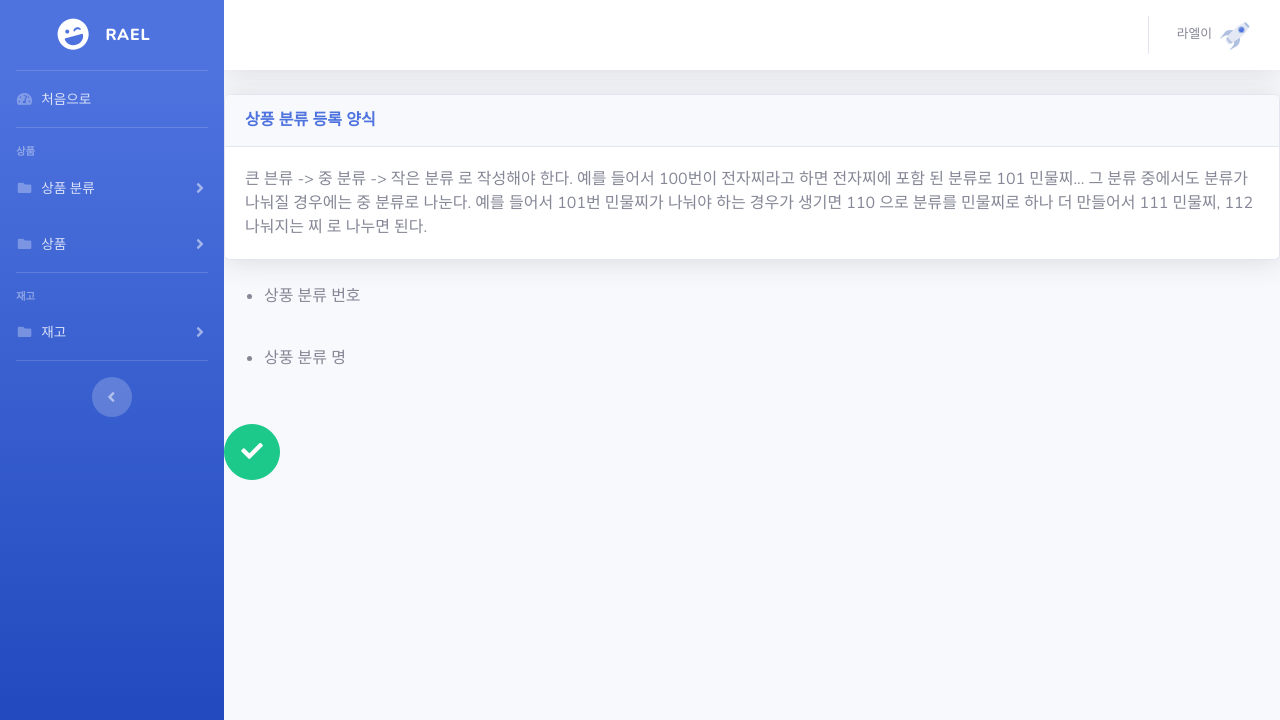
Repository: sww232/springRaelProject
Page: http://localhost/rael/WEB-INF/views/product/category_insert.jsp
An editor plug-in stored every save of this project. The page is shown before and after the next save, followed by the edit.
The browser window is 1280 px wide. The pictures show the whole page.
The page is served by Tomcat 9. Nobody is signed in. Other server files are loaded and not shown. The template is opened directly, without the code that normally fills it, so the values that code supplies are empty.

Above is the page before, as saved 2022-10-06 18:36:01.

### raelproject3/rael/src/main/webapp/WEB-INF/views/product/category_insert.jsp
<%@ page language="java" contentType="text/html; charset=UTF-8" pageEncoding="UTF-8"%>
<%@ taglib uri="http://java.sun.com/jsp/jstl/core" prefix="c" %>
<%@ taglib prefix="sql" uri="http://java.sun.com/jsp/jstl/sql" %>
<%@ taglib prefix="fmt" uri="http://java.sun.com/jsp/jstl/fmt" %>
<!DOCTYPE html>
<html>
<head>
	    <meta name="viewport" content="width=device-width, initial-scale=1, shrink-to-fit=no">
	    <meta name="description" content="">
	    <meta name="author" content="">
	    <meta charset="UTF-8">
			<title>메인</title>

		<link href="/vendor/fontawesome-free/css/all.min.css" rel="stylesheet" type="text/css">
	    <link
	        href="https://fonts.googleapis.com/css?family=Nunito:200,200i,300,300i,400,400i,600,600i,700,700i,800,800i,900,900i"
	        rel="stylesheet">

	    <!-- Custom styles for this template -->
	    <link href="/css/sb-admin-2.min.css" rel="stylesheet">
	    <script src="/vendor/jquery/jquery.min.js"></script>
	    <script src="/vendor/bootstrap/js/bootstrap.bundle.min.js"></script>

	    <!-- Core plugin JavaScript-->
	    <script src="/vendor/jquery-easing/jquery.easing.min.js"></script>

	    <!-- Custom scripts for all pages-->
	    <script src="/js/sb-admin-2.min.js"></script>

	    <!-- Page level plugins -->
	    <script src="/vendor/datatables/jquery.dataTables.min.js"></script>
	    <script src="/vendor/datatables/dataTables.bootstrap4.min.js"></script>

	    <!-- Page level custom scripts -->
	    <script src="/js/demo/datatables-demo.js"></script>

	    <!-- Custom styles for this page -->
	    <link href="/vendor/datatables/dataTables.bootstrap4.min.css" rel="stylesheet">

	</head>
	<body id="page-top">
	<form>
		<div class="modal fade" id="moaModal1" tabindex="-1" role="dialog" aria-labelledby="exampleModalLabel" aria-hidden="true">

			<div class="modal-dialog" role="document">
				<div class="modal-content">
					<div class="modal-header">
						<h5 class="modal-title" id="exampleModalLabel">상품 등록을 위한 카테고리 선택</h5>
						<button class="close" type="button" data-dismiss="modal" aria-label="Close">
							<span aria-hidden="true">x</span>
						</button>
						</div>
						<div class="modal-body">
							<select name="categoryBox1" id="categoryBox1">
								<option value="defaultValue" selected></option>
								<c:forEach var="list" items="${categorynums}">
									<option value="${list}">
										${list}
									</option>
								</c:forEach>
							</select>
						</div>
					<div class="modal-footer">
						<button class="btn btn-primary" type="button" data-dismiss="modal">Cancel</button>
						<button class="btn btn-primary" type="submit" formaction="/product/product_insert">Choice</button>
					</div>
				</div>
			</div>
		</div>
		<div class="modal fade" id="moaModal2" tabindex="-1" role="dialog" aria-labelledby="exampleModalLabel" aria-hidden="true">

			<div class="modal-dialog" role="document">
				<div class="modal-content">
					<div class="modal-header">
						<h5 class="modal-title" id="exampleModalLabel">상품 추가 등록을 위한 카테고리 선택</h5>
						<button class="close" type="button" data-dismiss="modal" aria-label="Close">
							<span aria-hidden="true">x</span>
						</button>
						</div>
						<div class="modal-body">
							<select name="categoryBox2" id="categoryBox2">
								<option value="defaultValue" selected></option>
								<c:forEach var="list" items="${categorynums}">
									<option value="${list}">
										${list}
									</option>
								</c:forEach>
							</select>
						</div>
					<div class="modal-footer">
						<button class="btn btn-primary" type="button" data-dismiss="modal">Cancel</button>
						<button class="btn btn-primary" type="submit" formaction="/product/product_insert_detail">Choice</button>
					</div>
				</div>
			</div>
		</div>
		<div class="modal fade" id="moaModal3" tabindex="-1" role="dialog" aria-labelledby="exampleModalLabel" aria-hidden="true">

			<div class="modal-dialog" role="document">
				<div class="modal-content">
					<div class="modal-header">
						<h5 class="modal-title" id="exampleModalLabel">상품명/상세정보 수정을 위한 카테고리 선택</h5>
						<button class="close" type="button" data-dismiss="modal" aria-label="Close">
							<span aria-hidden="true">x</span>
						</button>
						</div>
						<div class="modal-body">
							<select name="categoryBox3" id="categoryBox3">
								<option value="defaultValue" selected></option>
								<c:forEach var="list" items="${categorynums}">
									<option value="${list}">
										${list}
									</option>
								</c:forEach>
							</select>
						</div>
					<div class="modal-footer">
						<button class="btn btn-primary" type="button" data-dismiss="modal">Cancel</button>
						<button class="btn btn-primary" type="submit" formaction="/product/product_update">Choice</button>
					</div>
				</div>
			</div>
		</div>
	</form>
	<div id="wrapper">
		 <ul class="navbar-nav bg-gradient-primary sidebar sidebar-dark accordion" id="accordionSidebar">

            <!-- Sidebar - Brand -->
            <a class="sidebar-brand d-flex align-items-center justify-content-center" href="/">
                <div class="sidebar-brand-icon rotate-n-15">
                    <i class="fas fa-laugh-wink"></i>
                </div>
                <div class="sidebar-brand-text mx-3">RAEL</div>
            </a>

            <!-- Divider -->
            <hr class="sidebar-divider my-0">

            <!-- Nav Item - Dashboard -->
            <li class="nav-item">
                <a class="nav-link" href="/">
                    <i class="fas fa-fw fa-tachometer-alt"></i>
                    <span>처음으로</span></a>
            </li>

            <!-- Divider -->
            <hr class="sidebar-divider">

            <!-- Heading -->
            <div class="sidebar-heading">
                상품
            </div>

            <!-- Nav Item - Pages Collapse Menu -->
            <li class="nav-item">
                <a class="nav-link collapsed" href="#" data-toggle="collapse" data-target="#collapseTwo"
                    aria-expanded="true" aria-controls="collapseTwo">
                    <i class="fas fa-fw fa-folder"></i>
                    <span>상품 분류</span>
                </a>
                <div id="collapseTwo" class="collapse" aria-labelledby="headingTwo" data-parent="#accordionSidebar">
                    <div class="bg-white py-2 collapse-inner rounded">
                        <h6 class="collapse-header">상풍 분류 탭</h6>
                        <a class="collapse-item" href="/product/category_select?page=1&recordSize=10&pageSize=10">상품 분류 조회</a>
                        <a class="collapse-item" href="/product/category_insert?insertresult=0">상품 분류 등록</a>
                        <a class="collapse-item" href="/product/category_update">상품 분류 수정</a>
                    </div>
                </div>
            </li>

            <!-- Nav Item - Utilities Collapse Menu -->
            <li class="nav-item">
                <a class="nav-link collapsed" href="#" data-toggle="collapse" data-target="#collapseUtilities"
                    aria-expanded="true" aria-controls="collapseUtilities">
                    <i class="fas fa-fw fa-folder"></i>
                    <span>상품</span>
                </a>
                <div id="collapseUtilities" class="collapse" aria-labelledby="headingUtilities"
                    data-parent="#accordionSidebar">
                    <div class="bg-white py-2 collapse-inner rounded">
                        <h6 class="collapse-header">상품 탭</h6>
                        <a class="collapse-item" href="/product/all_select?page=1&recordSize=10&pageSize=10">상품 조회</a>
                        <a class="collapse-item" href="#" data-toggle="modal" data-target="#moaModal1">
							<i class="fas fa-arrow-right"></i>상품 등록
						</a>
						<a class="collapse-item" href="#" data-toggle="modal" data-target="#moaModal2">
							<i class="fas fa-arrow-right"></i>상품 추가 등록
						</a>
						<a class="collapse-item" href="#" data-toggle="modal" data-target="#moaModal3">
							<i class="fas fa-arrow-right"></i>상품명/상세정보 수정
						</a>
                    </div>
                </div>
            </li>

            <!-- Divider -->
            <hr class="sidebar-divider">

            <!-- Heading -->
            <div class="sidebar-heading">
                재고
            </div>

            <!-- Nav Item - Pages Collapse Menu -->
            <li class="nav-item">
                <a class="nav-link collapsed" href="#" data-toggle="collapse" data-target="#collapsePages"
                    aria-expanded="true" aria-controls="collapsePages">
                    <i class="fas fa-fw fa-folder"></i>
                    <span>재고</span>
                </a>
                <div id="collapsePages" class="collapse" aria-labelledby="headingPages" data-parent="#accordionSidebar">
                    <div class="bg-white py-2 collapse-inner rounded">
                        <h6 class="collapse-header">재고</h6>
                        <a class="collapse-item" href="/stock/stock_select?page=1&recordSize=10&pageSize=10">재고 조회 및 입/출고</a>
                        <div class="collapse-divider"></div>
                        <h6 class="collapse-header">재고 입/출고</h6>
                        <a class="collapse-item" href="/stock/stock_history?page=1&recordSize=10&pageSize=10">내역</a>
                        <a class="collapse-item" href="/stock/stock_history_cancel?page=1&recordSize=10&pageSize=10">취소</a>
                    </div>
                </div>
            </li>

            <!-- Divider -->
            <hr class="sidebar-divider d-none d-md-block">

            <!-- Sidebar Toggler (Sidebar) -->
            <div class="text-center d-none d-md-inline">
                <button class="rounded-circle border-0" id="sidebarToggle"></button>
            </div>

        </ul>

        <!-- End of Sidebar -->

        <!-- Content Wrapper -->
        <div id="content-wrapper" class="d-flex flex-column">

            <!-- Main Content -->
            <div id="content">

                <!-- Topbar -->
                <nav class="navbar navbar-expand navbar-light bg-white topbar mb-4 static-top shadow">

                    <!-- Sidebar Toggle (Topbar) -->
                    <form class="form-inline">
                        <button id="sidebarToggleTop" class="btn btn-link d-md-none rounded-circle mr-3">
                            <i class="fa fa-bars"></i>
                        </button>
                    </form>

                    <!-- Topbar Search
                    <form
                        class="d-none d-sm-inline-block form-inline mr-auto ml-md-3 my-2 my-md-0 mw-100 navbar-search">
                        <div class="input-group">
                            <input type="text" class="form-control bg-light border-0 small" placeholder="Search for..."
                                aria-label="Search" aria-describedby="basic-addon2">
                            <div class="input-group-append">
                                <button class="btn btn-primary" type="button">
                                    <i class="fas fa-search fa-sm"></i>
                                </button>
                            </div>
                        </div>
                    </form>
					-->
                    <!-- Topbar Navbar -->
                    <ul class="navbar-nav ml-auto">

                        <!-- Nav Item - Search Dropdown (Visible Only XS) -->
                        <li class="nav-item dropdown no-arrow d-sm-none">
                            <a class="nav-link dropdown-toggle" href="#" id="searchDropdown" role="button"
                                data-toggle="dropdown" aria-haspopup="true" aria-expanded="false">
                                <i class="fas fa-search fa-fw"></i>
                            </a>
                            <!-- Dropdown - Messages -->
                            <div class="dropdown-menu dropdown-menu-right p-3 shadow animated--grow-in"
                                aria-labelledby="searchDropdown">
                                <form class="form-inline mr-auto w-100 navbar-search">
                                    <div class="input-group">
                                        <input type="text" class="form-control bg-light border-0 small"
                                            placeholder="Search for..." aria-label="Search"
                                            aria-describedby="basic-addon2">
                                        <div class="input-group-append">
                                            <button class="btn btn-primary" type="button">
                                                <i class="fas fa-search fa-sm"></i>
                                            </button>
                                        </div>
                                    </div>
                                </form>
                            </div>
                        </li>
                        <div class="topbar-divider d-none d-sm-block"></div>

                        <!-- Nav Item - User Information -->
                        <li class="nav-item dropdown no-arrow">
                            <a class="nav-link dropdown-toggle" href="#" id="userDropdown" role="button"
                                data-toggle="dropdown" aria-haspopup="true" aria-expanded="false">
                                <span class="mr-2 d-none d-lg-inline text-gray-600 small">라엘이</span>
                                <img class="img-profile rounded-circle"
                                    src="img/undraw_rocket.svg">
                            </a>
                            <!-- Dropdown - User Information -->
                            <div class="dropdown-menu dropdown-menu-right shadow animated--grow-in"
                                aria-labelledby="userDropdown">
                                <div class="dropdown-divider"></div>
                                <a class="dropdown-item" href="#" data-toggle="modal" data-target="#logoutModal">
                                    <i class="fas fa-sign-out-alt fa-sm fa-fw mr-2 text-gray-400"></i>
                                    Logout
                                </a>
                            </div>
                        </li>

                    </ul>

                </nav>
    		<!-- End of Topbar -->

			<div class="card shadow mb-4">
				<div class="card-header py-3 d-flex flex-row align-items-center justify-content-between">
					<h6 class="m-0 font-weight-bold text-primary">상풍 분류 등록 양식</h6>
				</div>
				<div class="card-body">

					큰 븐류 -> 중 분류 -> 작은 분류 로 작성해야 한다.
					예를 들어서 100번이 전자찌라고 하면 전자찌에 포함 된 분류로 101 민물찌...
					그 분류 중에서도 분류가 나눠질 경우에는 중 분류로 나눈다.
					예를 들어서 101번 민물찌가 나눠야 하는 경우가 생기면
					110 으로 분류를 민물찌로 하나 더 만들어서
					111 민물찌, 112 나눠지는 찌 로 나누면 된다.

				</div>
			</div>


			<form method="POST" action="/product/category_insert/INSERT">
				<ul>
					<li>
						<lable for="productcategory num"> 상풍 분류 번호 </lable>
						<input bgcolor="white" type="text" class="form-control bg-light border-0 small" name="productcategory num">
					</li>
					<li>
						<lable for="productcategory num"> 상풍 분류 명 </lable>
						<input bgcolor="white" type="text" class="form-control bg-light border-0 small" name="productcategory name">
					</li>
				</ul>

				<button type="submit" class="btn btn-success btn-circle btn-lg">
					<i class="fas fa-check"></i>
				</button>

			</form>

			<c:if test="${insertresult == 1}">
				<script type="text/javascript">
					alert("성공적으로 등록 하였습니다.");
				</script>
			</c:if>
    	</div>

	</div>
</body>
</html>

### raelproject3/rael/src/main/resources/static/img/undraw_rocket.svg
<?xml version="1.0" encoding="utf-8"?>
<!-- Generator: Adobe Illustrator 25.0.0, SVG Export Plug-In . SVG Version: 6.00 Build 0)  -->
<svg version="1.1" id="b759170a-51c3-4e2f-999d-77dec9fd6d11"
	 xmlns="http://www.w3.org/2000/svg" xmlns:xlink="http://www.w3.org/1999/xlink" x="0px" y="0px" viewBox="0 0 650.9 610.5"
	 style="enable-background:new 0 0 650.9 610.5;" xml:space="preserve">
<style type="text/css">
	.st0{fill:#AFC0E0;}
	.st1{opacity:0.2;fill:#FFFFFF;enable-background:new    ;}
	.st2{opacity:0.1;enable-background:new    ;}
	.st3{fill:#E3E8F4;}
	.st4{fill:#4E73DF;}
</style>
<path class="st0" d="M174,321c-2-1.6-4.2-3-6.6-4.2c-51.8-26.2-157,67.8-157,67.8L0,372.7c0,0,42.1-43.8,92.4-117.3
	c45.2-66.1,150.7-51.8,171.4-48.3c2.3,0.4,3.6,0.7,3.6,0.7C298.7,288.3,174,321,174,321z"/>
<path class="st1" d="M269.4,213.9c-0.6-2-1.3-4-2-6c0,0-1.2-0.2-3.6-0.7c-20.7-3.5-126.2-17.8-171.4,48.3C42.1,329,0,372.7,0,372.7
	l5.9,6.7c0,0,42.1-43.8,92.4-117.3C143.3,196.3,248,210.2,269.4,213.9z"/>
<path class="st0" d="M337.7,533.4c-79.2,40.8-127.8,77.1-127.8,77.1l-10.5-11.9c0,0,111.1-96.8,85.3-150.9c-0.5-1.2-1.2-2.3-1.9-3.4
	c0,0,47.9-119.6,123.9-78.5c0,0,0.1,1,0.2,2.9C407.8,387.8,409.7,496.3,337.7,533.4z"/>
<path class="st2" d="M174,321c-2-1.6-4.2-3-6.6-4.2c29.3-38.9,61.5-75.5,96.3-109.7c2.3,0.4,3.6,0.7,3.6,0.7
	C298.7,288.3,174,321,174,321z"/>
<path class="st2" d="M406.9,368.6c-38.6,29.6-79.4,56.1-122.3,79.1c-0.5-1.2-1.2-2.3-1.9-3.4c0,0,47.9-119.6,123.9-78.5
	C406.7,365.7,406.8,366.7,406.9,368.6z"/>
<path class="st3" d="M263.6,455.5c-20.3,10.4-41.6,20.5-64,30.2c-33.6,14.6-51.5-2.2-80.7-91.5c0,0,12.5-22.5,37.2-57
	c54.3-75.8,167.5-209.1,336.1-286.7C542.7,27.1,596.1,10.1,650.9,0c0,0-9.1,68.8-62,160.1S439.1,365.3,263.6,455.5z"/>
<circle class="st0" cx="435.6" cy="199.7" r="71.6"/>
<path class="st4" d="M469.2,237.9c-21,18.6-53.1,16.6-71.7-4.5c-7.8-8.8-12.2-20-12.7-31.8c-0.2-4.7,0.3-9.4,1.4-14
	c0.5-2,1.1-4.1,1.9-6c2.9-7.7,7.7-14.5,13.8-19.9c0.3-0.3,0.6-0.5,0.9-0.8c17.1-14.4,41.5-15.9,60.3-3.8c3.5,2.3,6.7,4.9,9.5,7.9
	l1,1.1C492.2,187.2,490.2,219.3,469.2,237.9C469.2,237.8,469.2,237.9,469.2,237.9z"/>
<path class="st0" d="M588.9,160.1c-83-35.2-96.8-109.6-96.8-109.6C542.7,27,596.1,10.1,650.9,0C650.9,0,641.8,68.8,588.9,160.1z"/>
<path class="st0" d="M263.6,455.5c-13.7,7.1-27.9,13.9-42.6,20.7c-7,3.2-14.1,6.4-21.4,9.5c-10.9,4.7-51.5-2.2-80.7-91.5
	c0,0,4.1-7.3,12.1-20c6.1-9.6,14.5-22.2,25.1-37c0,0,11,33.2,41.1,67.3C215.8,425.7,238.4,443,263.6,455.5z"/>
<path class="st3" d="M221,476.2c-7,3.2-14.1,6.4-21.4,9.5c-10.9,4.7-51.5-2.2-80.7-91.5c0,0,4.1-7.3,12.1-20
	C131,374.2,170.2,456.9,221,476.2z"/>
<path class="st1" d="M463.2,157l-0.1,0l-60.1,3.9c-0.3,0.3-0.6,0.5-0.9,0.8c-6.2,5.4-10.9,12.3-13.8,19.9l84.5-16.6L463.2,157z"/>
<path class="st1" d="M438.8,194.3l-53.9,7.3c-0.2-4.7,0.3-9.4,1.4-14l52.8,1.4L438.8,194.3z"/>
<path class="st1" d="M131.7,408.7c0,0,12.5-22.5,37.2-57C223.2,276,336.4,142.7,504.9,65c45.6-21.1,93.3-36.9,142.5-47.3
	C650.1,6.4,650.9,0,650.9,0c-54.8,10.1-108.2,27-158.7,50.5c-168.6,77.7-281.8,211-336.1,286.7c-24.7,34.4-37.2,57-37.2,57
	c11.5,35.3,26.6,57,40.5,70.3C149.4,451.4,139.7,433.3,131.7,408.7z"/>
</svg>

Loaded but not shown: raelproject3/rael/src/main/resources/static/css/sb-admin-2.min.css (library); raelproject3/rael/src/main/resources/static/js/sb-admin-2.min.js (common file); raelproject3/rael/src/main/resources/static/js/demo/datatables-demo.js (common file)

After the next save:
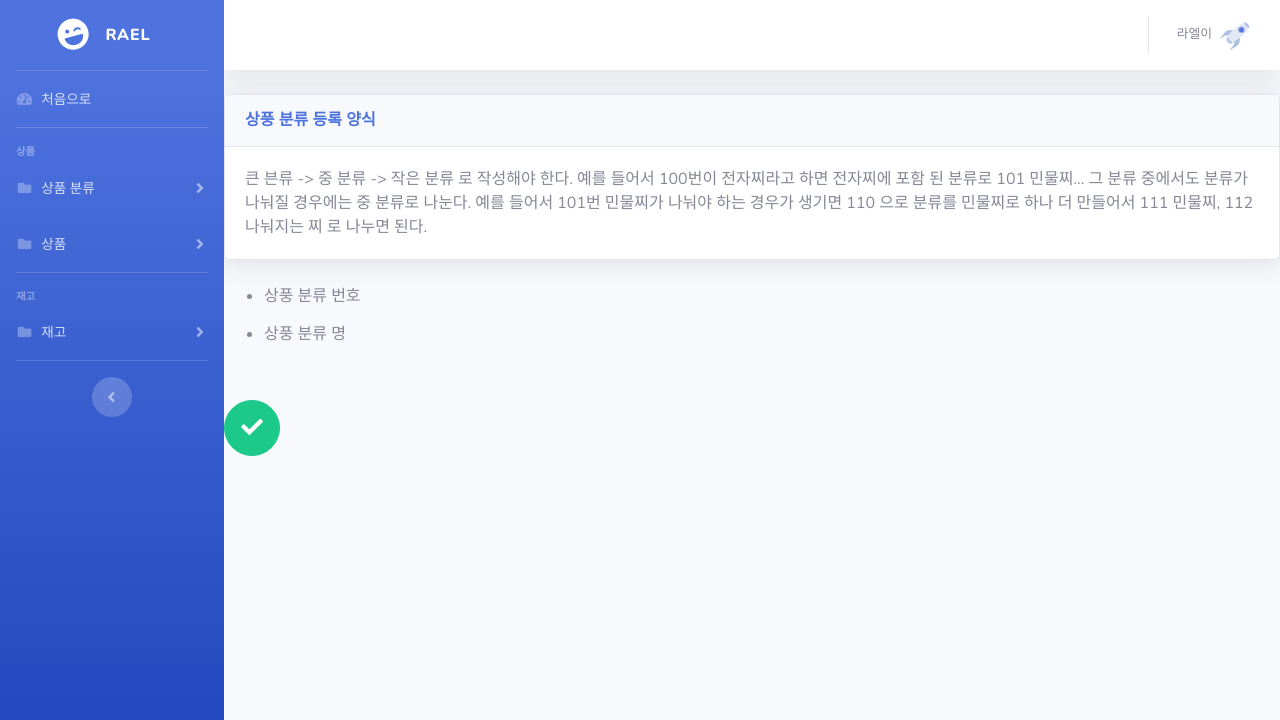
Saved 43 s later.
--- a/raelproject3/rael/src/main/webapp/WEB-INF/views/product/category_insert.jsp
+++ b/raelproject3/rael/src/main/webapp/WEB-INF/views/product/category_insert.jsp
@@ -334,8 +334,10 @@
 			<form method="POST" action="/product/category_insert/INSERT">
 				<ul>
 					<li>
-						<lable for="productcategory num"> 상풍 분류 번호 </lable>
-						<input bgcolor="white" type="text" class="form-control bg-light border-0 small" name="productcategory num">
+						<div class="input-group">
+							<lable for="productcategory num"> 상풍 분류 번호 </lable>
+							<input type="text" class="form-control bg-light border-0 small" name="productcategory num">
+						</div>
 					</li>
 					<li>
 						<lable for="productcategory num"> 상풍 분류 명 </lable>
